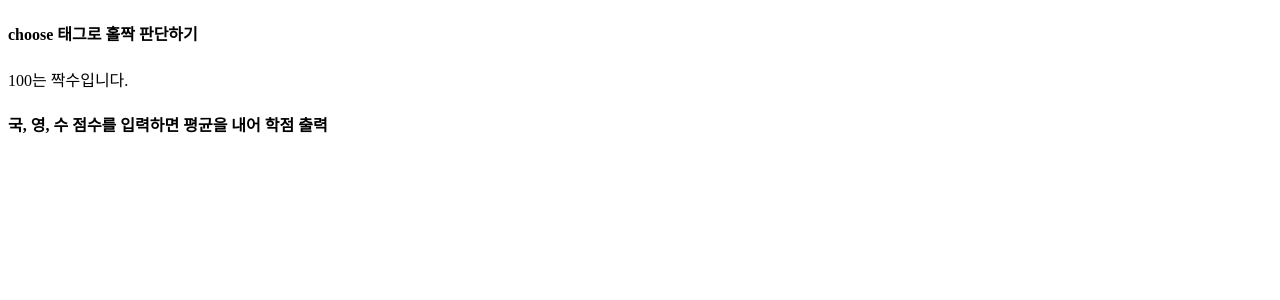
Repository: SteelIndustry/neo
Page: http://localhost/HelloWorld/11JSTL/core/Choose.jsp
An editor plug-in stored every save of this project. The page is shown before and after the next save, followed by the edit.
The browser window is 1280 px wide. The pictures show the whole page.
The page is served by Tomcat 9.

Above is the page before, as saved 2022-09-09 10:14:53.

After the next save:
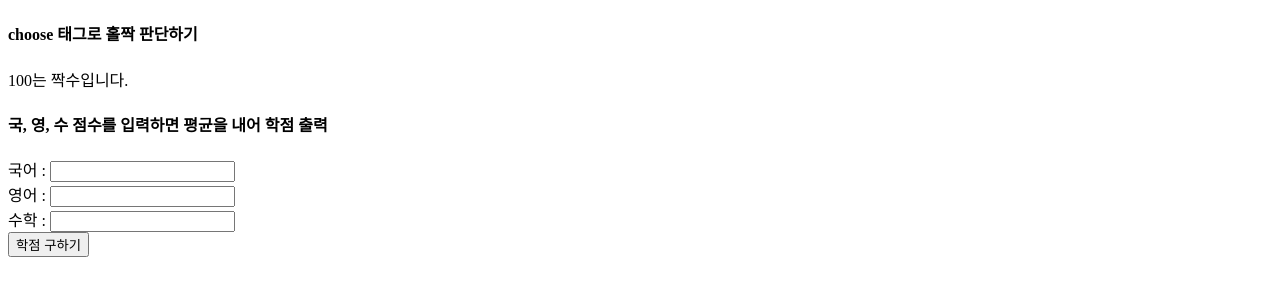
Saved 57 s later.
--- a/WebJSP/HelloWorld/WebContent/11JSTL/core/Choose.jsp
+++ b/WebJSP/HelloWorld/WebContent/11JSTL/core/Choose.jsp
@@ -23,6 +23,12 @@
 	</c:choose>
 
 	<h4>국, 영, 수 점수를 입력하면 평균을 내어 학점 출력</h4>
+	<form action="">
+		국어 : <input type="text" name="kor" /> <br />
+		영어 : <input type="text" name="eng" /> <br />
+		수학 : <input type="text" name="math" /> <br />
+		<input type="submit" value="학점 구하기"/>
+	</form>
 
 
 </body>
